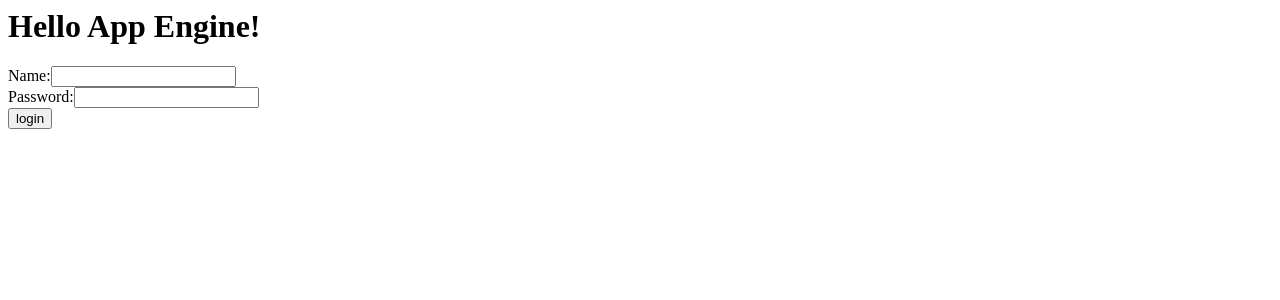
Repository: TharanyaM/Adaptavant--project
Page: session/war/index.html
An editor plug-in stored every save of this project. The page is shown before and after the next save, followed by the edit.
The browser window is 1280 px wide. The pictures show the whole page.

Above is the page before, as saved 2015-10-19 01:24:36.

### session/war/index.html
<!DOCTYPE HTML PUBLIC "-//W3C//DTD HTML 4.01 Transitional//EN">
<!-- The HTML 4.01 Transitional DOCTYPE declaration-->
<!-- above set at the top of the file will set     -->
<!-- the browser's rendering engine into           -->
<!-- "Quirks Mode". Replacing this declaration     -->
<!-- with a "Standards Mode" doctype is supported, -->
<!-- but may lead to some differences in layout.   -->

<html>
  <head>
    <meta http-equiv="content-type" content="text/html; charset=UTF-8">
    <title>Hello App Engine</title>
  </head>

  <body>
    <h1>Hello App Engine!</h1>

  <form action="SessionServlet" method="post">
Name:<input type="text" name="name"><br>
Password:<input type="password" name="password"><br>
<input type="submit" value="login">
</form>
  </body>
</html>

After the next save:
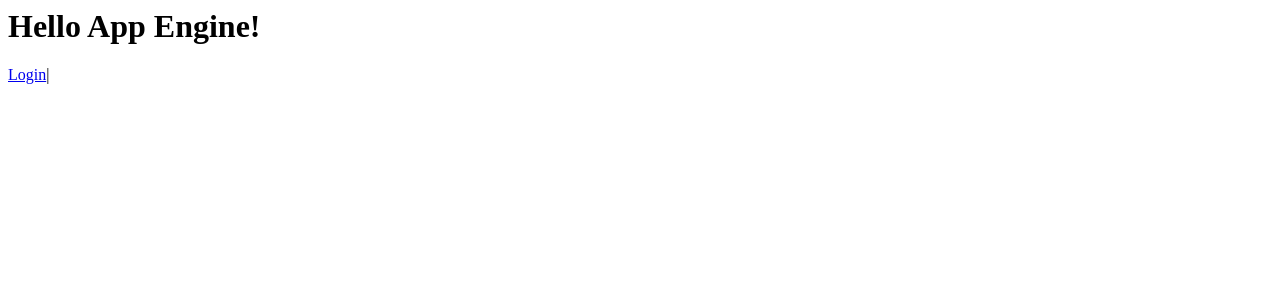
Saved 12 s later.
--- a/session/war/index.html
+++ b/session/war/index.html
@@ -15,10 +15,6 @@
   <body>
     <h1>Hello App Engine!</h1>
 
-  <form action="SessionServlet" method="post">
-Name:<input type="text" name="name"><br>
-Password:<input type="password" name="password"><br>
-<input type="submit" value="login">
-</form>
+  <a href="login.html">Login</a>|
   </body>
 </html>
